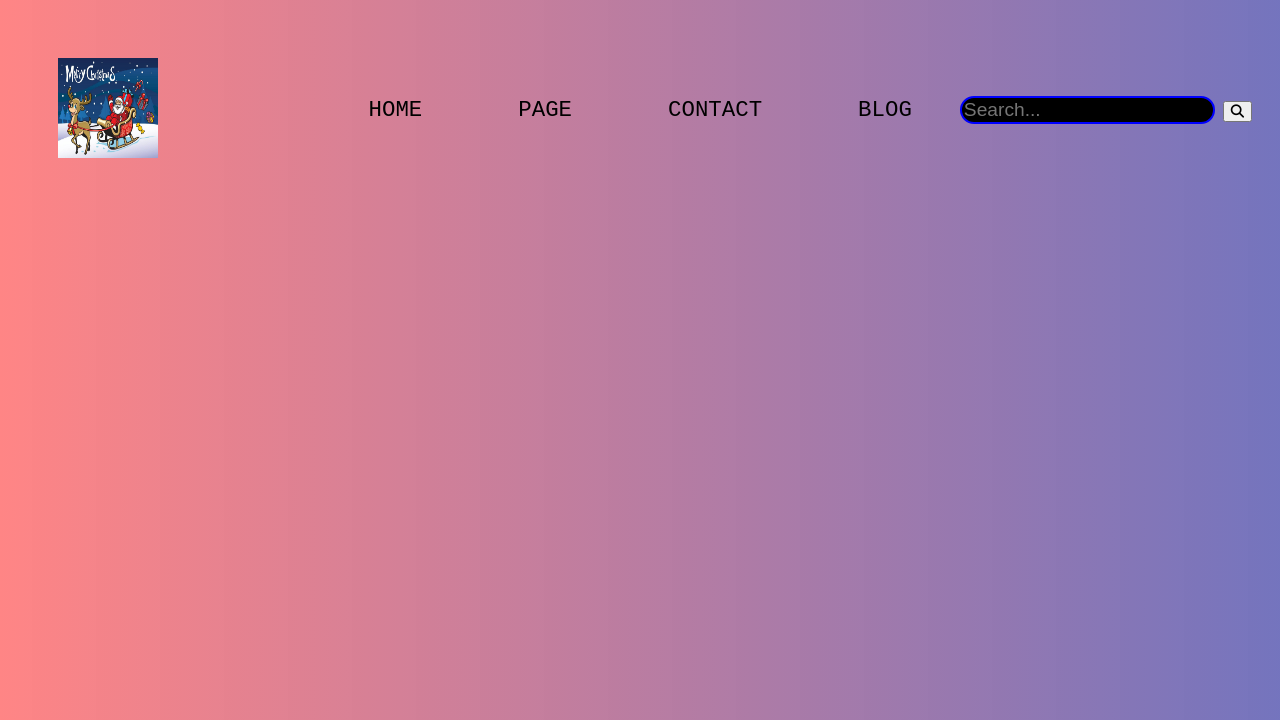
Repository: 16-Doffy/FE-UI
Page: menu/index.html
An editor plug-in stored every save of this project. The page is shown before and after the next save, followed by the edit.
The browser window is 1280 px wide. The pictures show the whole page.

Above is the page before, as saved 2024-12-23 18:17:29.

### menu/index.html
<!DOCTYPE html>
<html lang="en">
<head>
    <meta charset="UTF-8">
    <meta name="viewport" content="width=device-width, initial-scale=1.0">
    <link rel="stylesheet" href="styles.css">
    <link href="https://cdnjs.cloudflare.com/ajax/libs/font-awesome/6.5.1/css/all.min.css" rel="stylesheet">

    <title>Document</title>
</head>
<body>
    <div class="header">
        <div class="header-inner">
            <div class="logo">
                <img src="../img/n3.jpg" alt="">
            </div>
            <ul class="menu">
                <li class="menu-item">
                    <a href="" class="menu-link">Home</a>
                <div class="menu-child" >
                    <div class="menu-child-item">
                        <h4>Giày</h4>
                        <ul class="menu-child-first" style="list-style: none;">
                            <li>Vans</li>
                            <li>Nike AF1</li>
                            <li>Convert</li>
                            <li>Cross</li>
                            <li>...</li>
                        </ul>
                    </div>
                    <div class="menu-child-item">
                        <h4>Áo</h4>
                        <ul class="menu-child-first" style="list-style: none;">
                            <li>Áo Khoác</li>
                            <li>Bomber</li>
                            <li>Áo Phao</li>
                            <li>Áo Thun</li>
                            <li>...</li>
                        </ul>
                    </div>
                    <div class="menu-child-item">
                        <h4>Quần</h4>
                        <ul class="menu-child-first" style="list-style: none;">
                            <li>Quần Da</li>
                            <li>Short</li>
                            <li>Kaki</li>
                            <li>Tây</li>
                            <li>...</li>
                        </ul>
                    </div>
                    <div class="menu-child-item">
                        <h4>Phụ Kiện</h4>
                        <ul class="menu-child-first" style="list-style: none;">
                            <li>Nhẫn</li>
                            <li>Vòng cổ</li>
                            <li>Lắc tay</li>
                            <li> Thắc lưng</li>         <li>...</li>
                        </ul>
                    </div>
                </div>
                </li>
                <li class="menu-item"><a href="" class="menu-link">page</a></li>
                <li class="menu-item"><a href="" class="menu-link">contact</a></li>
                <li class="menu-item"><a href="" class="menu-link">blog</a></li>
                <div class="search-bar" >
                    <input type="text" placeholder="Search..." style="font-size: 1.2rem; border-radius: 20px; border: 2px solid blue; background: black;">
                    <button class="search-btn"><i class="fas fa-search"  ;></i></button>
                </div>
            </ul>
        </div>

    </div>

</body>
</html>

### menu/styles.css
:root {
    --color: #05219ba1;
    --fs: 15px;
}
body {
    background-image: linear-gradient(to left, rgba(6, 6, 138, 0.555), rgba(255, 0, 0, 0.479));
    font-family: monospace;
}

.header-inner {
    max-width: 1024;
    margin: 0 auto;
    display: flex;
    align-items: center;
    justify-content: space-between;
    position: relative;
}
.logo{
  max-width: 2rem;
}
.logo img{
   width: 100px;
   height: 100px;
   padding: 50px;
   border-radius: 50px;
  }
.menu {
    display: flex;
    align-items: center;
}
.menu-item {
    margin: 0 1rem;
    list-style: none;
}
.menu-item:hover .menu-child {
    opacity: 1;
    visibility: visible;
}
.menu-link {
color: black;
text-transform: uppercase;
text-decoration: none;
font-size: 1.4rem;
display: flex;
padding: 2rem;
list-style: none;
}

.menu-child{
position: absolute;
top: 100%;
left: 0;
width: 100%;
background-image: linear-gradient(to right,rgba(4, 4, 88, 0.26),#6A5AF9);
display: flex;
opacity: 0;
visibility: hidden;
transition:  0.25s linear;
}
.menu-child-item{
    padding: 20px;
    list-style: none;
width: 25%;
}
.menu-child-item h4{
    list-style: none;
    color: white;
    font-size: 1.2rem;
    padding: 1rem;
    justify-content: center;
    width: 50%;
    gap: 10px;
    background-image: linear-gradient(to right,rgba(13, 13, 128, 0.568),#6A5AF9);
}
.menu-child-first{
color: rgba(251, 251, 252, 0.747);
font-size: 1.3rem;
font-weight: 600;
justify-content: center;
align-items: center;
}
.search-bar{

    padding-right: 20px;
}

After the next save:
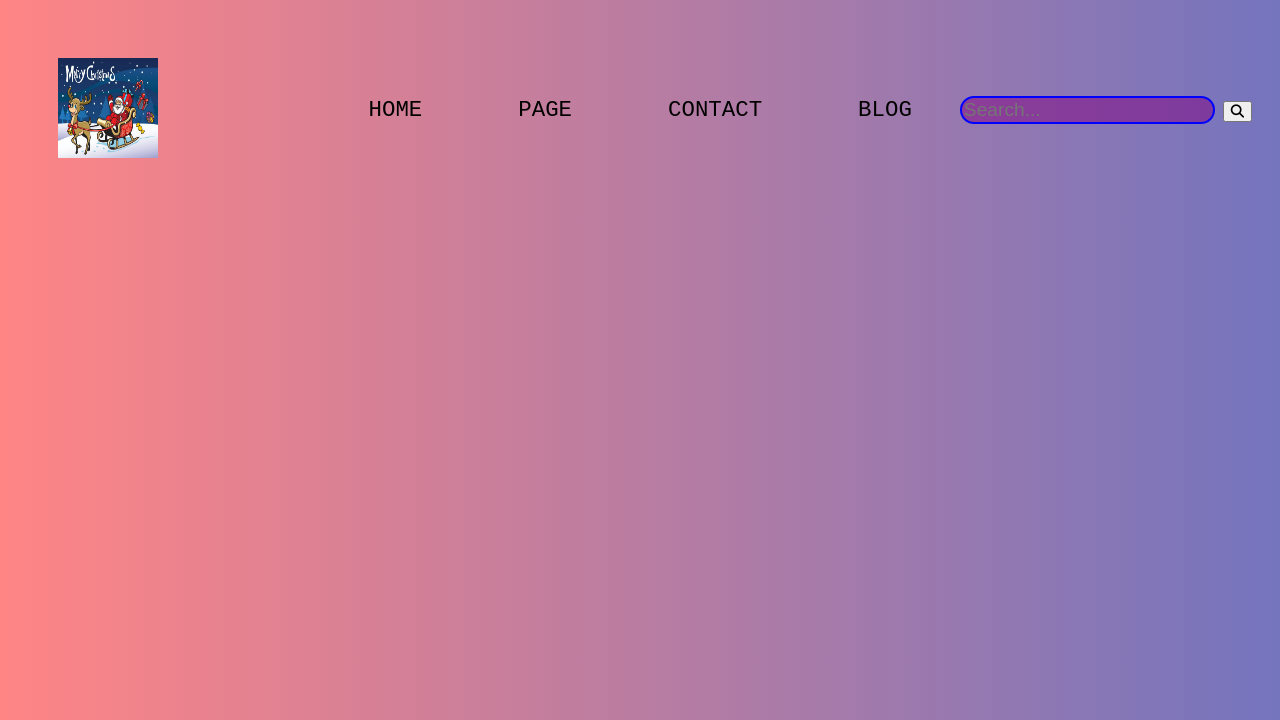
Saved 11 s later.
--- a/menu/index.html
+++ b/menu/index.html
@@ -63,7 +63,7 @@
                 <li class="menu-item"><a href="" class="menu-link">contact</a></li>
                 <li class="menu-item"><a href="" class="menu-link">blog</a></li>
                 <div class="search-bar" >
-                    <input type="text" placeholder="Search..." style="font-size: 1.2rem; border-radius: 20px; border: 2px solid blue; background: black;">
+                    <input type="text" placeholder="Search..." style="font-size: 1.2rem; border-radius: 20px; border: 2px solid blue; background: rgba(128, 0, 128, 0.493);">
                     <button class="search-btn"><i class="fas fa-search"  ;></i></button>
                 </div>
             </ul>
